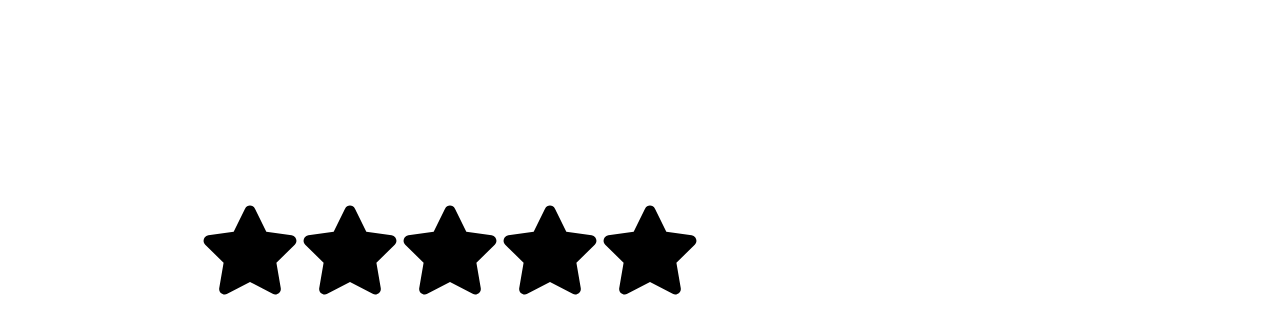
Repository: praveen-javali/star-rating
Page: /
An editor plug-in stored every save of this project. The page is shown before and after a run of saves, followed by the edit.
The browser window is 1280 px wide. The pictures show the whole page.
The project was rebuilt for these pictures with package versions that can differ from the ones it lists, and the page was loaded fresh each time.

Above is the page before, as saved 2022-12-18 15:18:09.

After the next 2 saves:
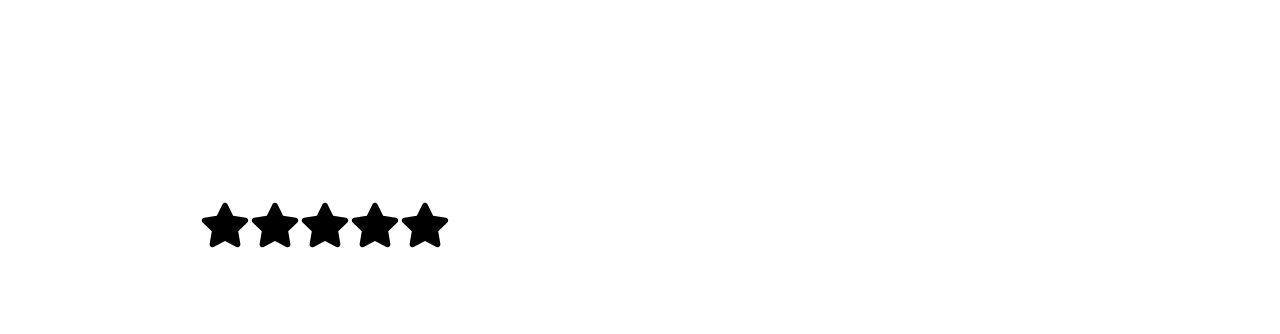
The 2 saves are shown as one change because they came seconds apart.
The last was saved 13 s later.
--- a/src/components/StarRating.component.jsx
+++ b/src/components/StarRating.component.jsx
@@ -5,7 +5,7 @@ const StarRating = () => {
   return (
     <div>
       {[...Array(5)].map(() => {
-        return <FaStar size={100} />;
+        return <FaStar size={50} />;
       })}
     </div>
   );
